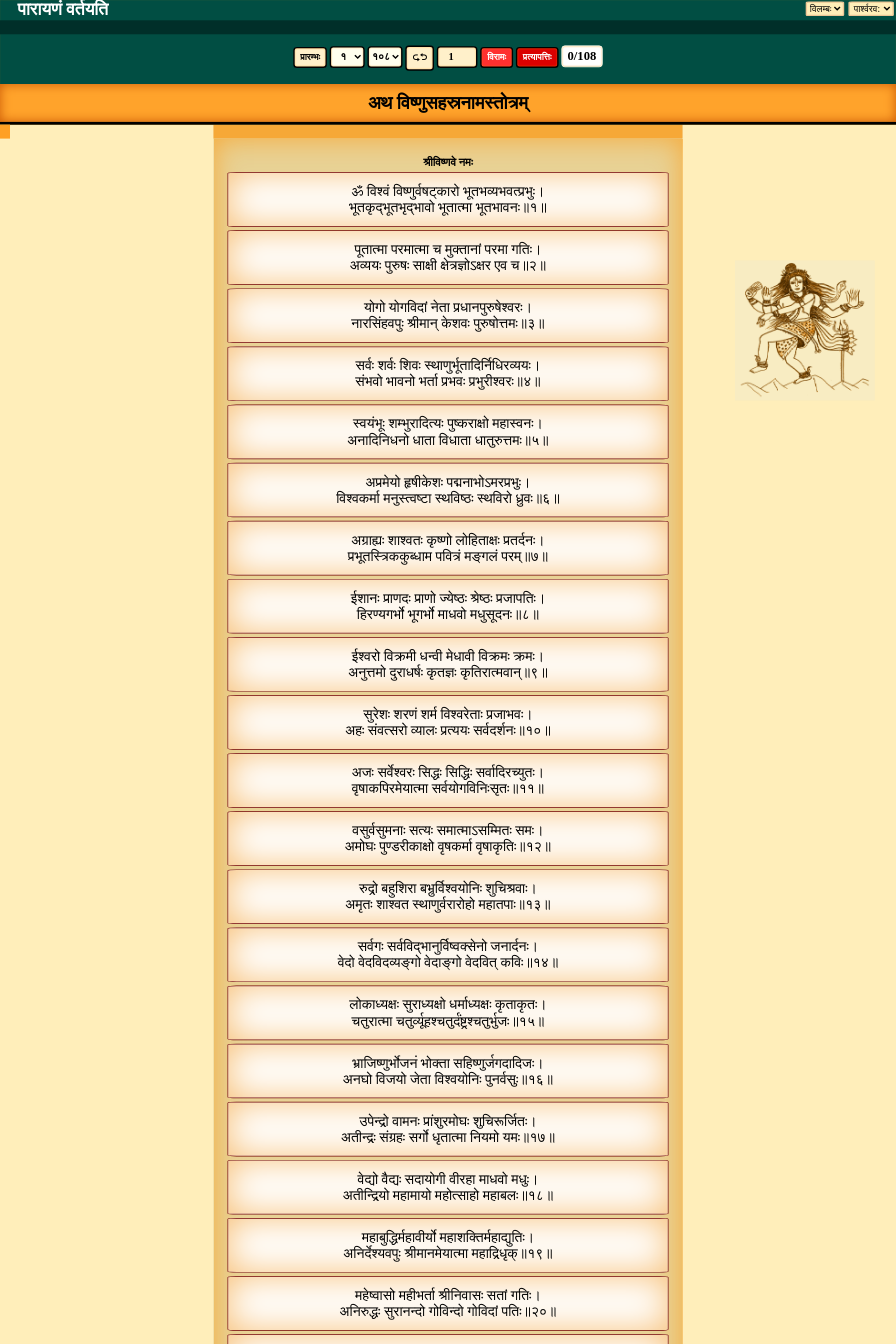
Repository: arshavak/vishnu-sahasranam
Page: index.html
An editor plug-in stored every save of this project. The page is shown before and after the next save, followed by the edit.
The browser window is 1280 px wide. The pictures show the part of the page from y = 0 to 1920 px (the page is 9265 px tall before and 9261 px after), at 70% of full size.

Above is the page before, as saved 2024-12-30 13:16:24.
Not found: scripts/sanskrittime.js

After the next save:
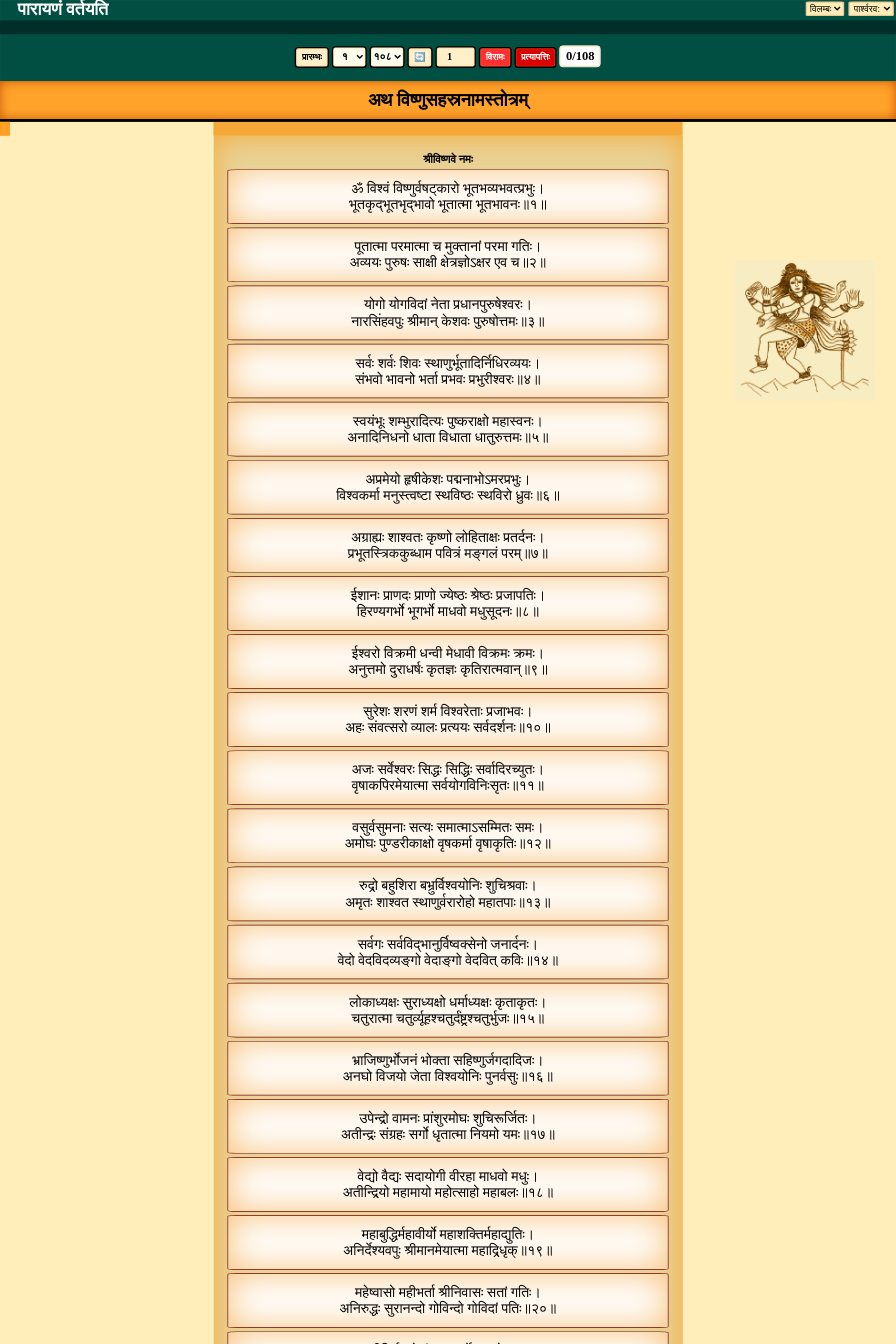
Saved 5 min 9 s later.
--- a/index.html
+++ b/index.html
@@ -31,7 +31,7 @@
       <select  id="selector1" class="From selector FromAndTo"></select>
       <select  id="selector2" class="To selector FromAndTo"></select>
       <input name="toggle_btn" type="checkbox" id="check"/>
-      <input id="loop" class="loop" type="button" value="⮎⮌"/>
+      <input id="loop" class="loop" type="button" value="🔄"/>
       <input id="repeat" value="1" max="99" min="1" type="number"/>
       <input style="display: none;" id="speed" value=".9" max="4" min=".5" step="0.1" type="number"/>
       <input name="stop_button" class="psuGrup stop" type="button" value="विरामः"/>
